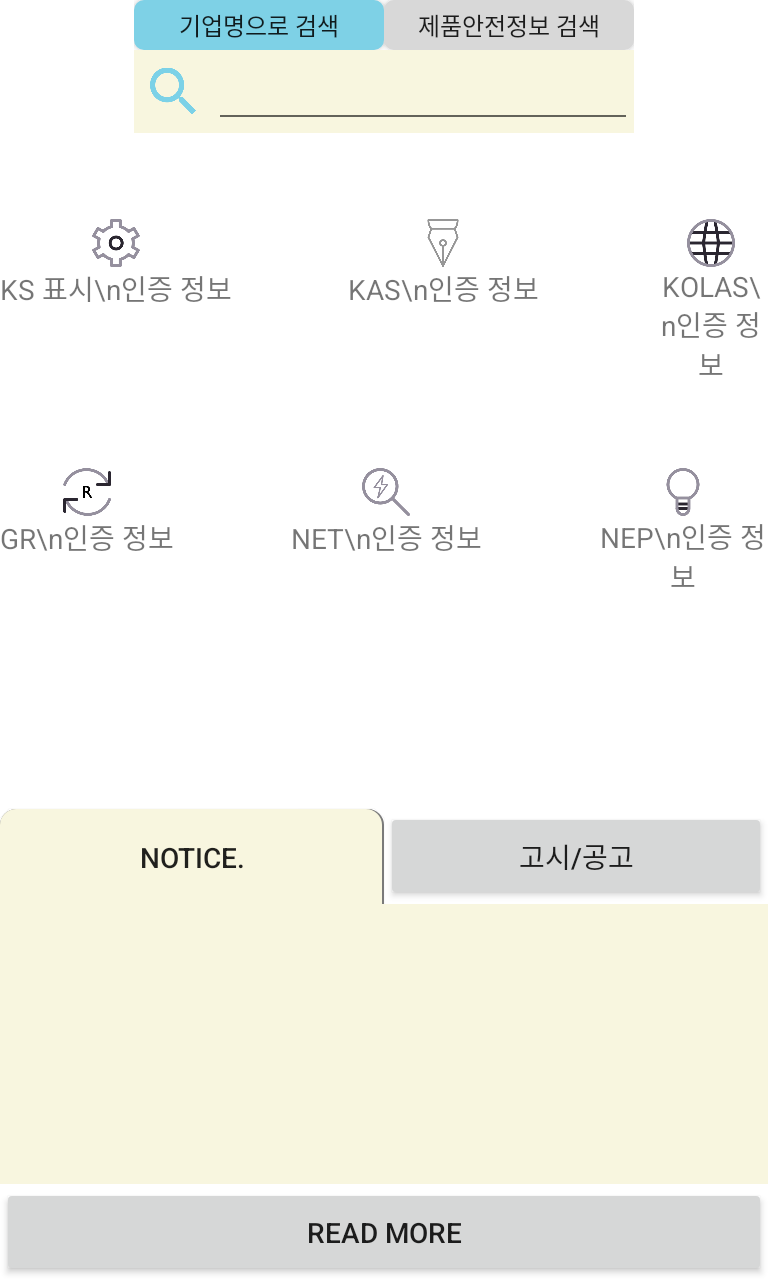
Repository: team-peony/ccfinder
Layout: android/CertifiedCompanyFinder/res/layout/fragment_main.xml
An editor plug-in stored every save of this project. The layout is shown before and after the next save, followed by the edit.
It is drawn on a 768 x 1280 px phone screen (xhdpi) without system bars, with theme AppTheme; the app's code is not run. Lists and similar views that code fills are empty.

Above is the layout before, as saved 2015-02-19 17:42:32.

After the next save:
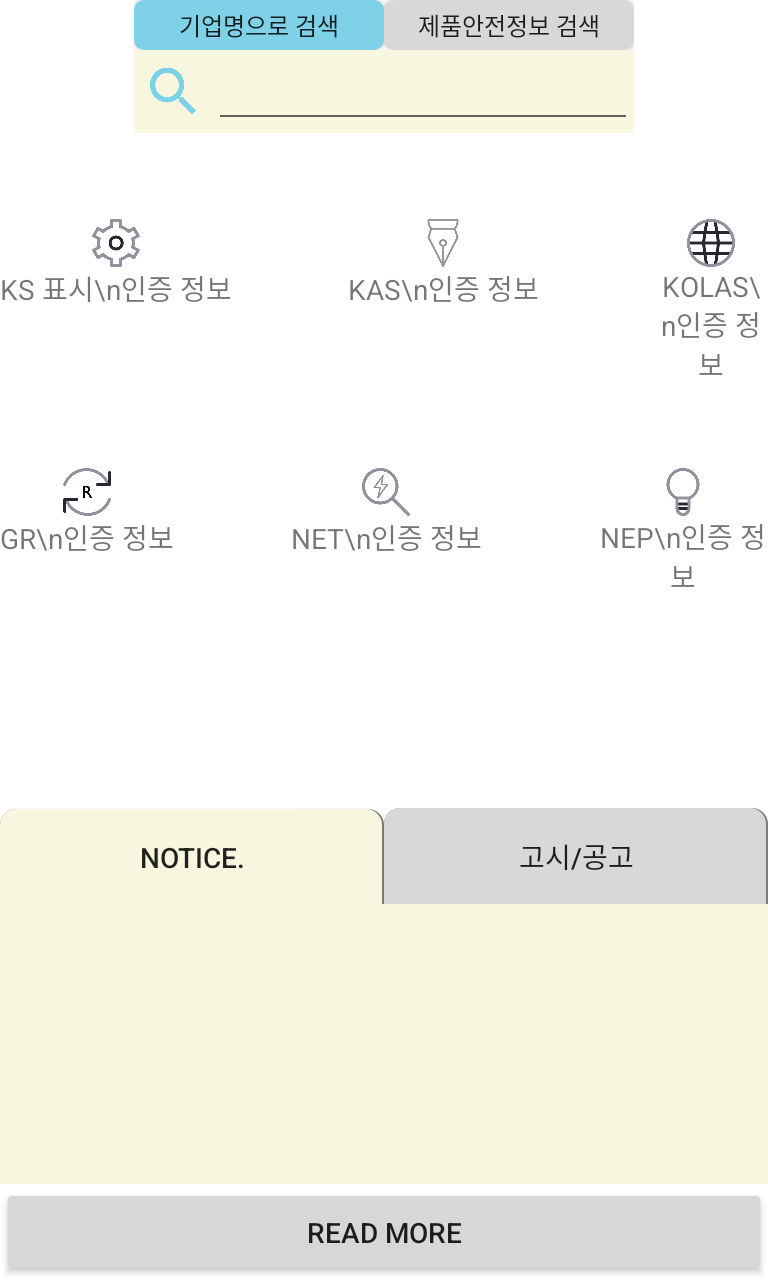
Saved 12 s later.
--- a/android/CertifiedCompanyFinder/res/layout/fragment_main.xml
+++ b/android/CertifiedCompanyFinder/res/layout/fragment_main.xml
@@ -236,6 +236,7 @@
 	            android:layout_width="0dp"
 	            android:layout_height="wrap_content"
 	            android:layout_weight="1"
+	            android:background="@drawable/notice_tab_unselected"
 	            android:text="고시/공고"/>
         </LinearLayout>
 
